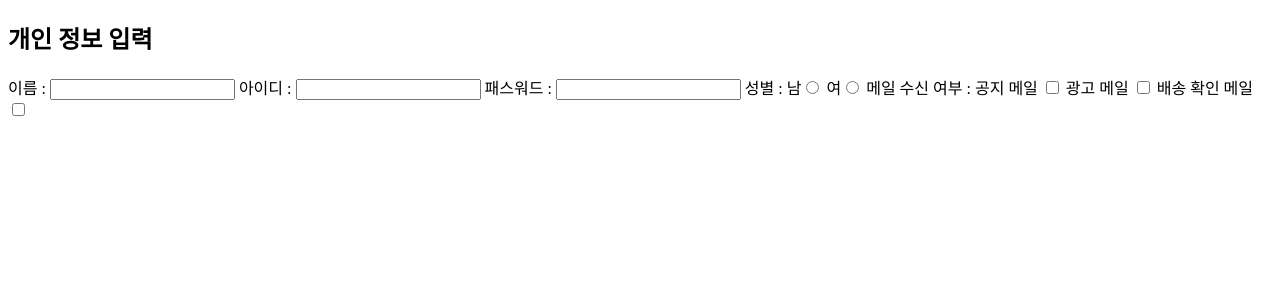
Repository: sunnny10/web-workspace
Page: Lecture-Web/src/main/webapp/HW/PInfoInput.html
An editor plug-in stored every save of this project. The page is shown before and after the next save, followed by the edit.
The browser window is 1280 px wide. The pictures show the whole page.

Above is the page before, as saved 2022-06-02 09:59:26.

### Lecture-Web/src/main/webapp/HW/PInfoInput.html
<!DOCTYPE html>
<html>
<head>
<meta charset="UTF-8">
<title>개인 정보 입력</title>
</head>
<body>
	<div>
		<h2>개인 정보 입력</h2>
		<form action="">
			이름 : <input type="text" name="name">
			아이디 : <input type="text" name="id">
			패스워드 : <input type="password" name="passwd">
			성별 :
			남<input type="radio" name="gender" value="male">
			여<input type="radio" name="gender" value="female">
			메일 수신 여부 :
			공지 메일 <input type="checkbox" name="receiveCk" value="notice">
			광고 메일 <input type="checkbox" name="receiveCk" value="advertise">
			배송 확인 메일 <input type="checkbox" name="receiveCk" value="delivery">

		</form>
	</div>
</body>
</html>

After the next save:
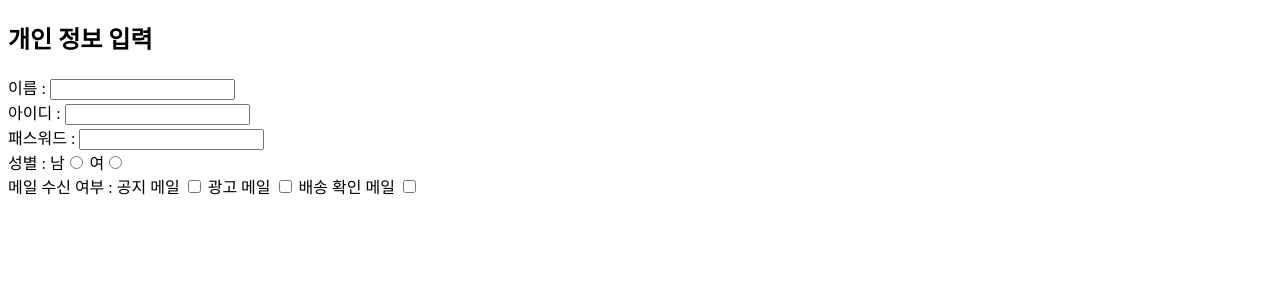
Saved 29 s later.
--- a/Lecture-Web/src/main/webapp/HW/PInfoInput.html
+++ b/Lecture-Web/src/main/webapp/HW/PInfoInput.html
@@ -8,12 +8,12 @@
 	<div>
 		<h2>개인 정보 입력</h2>
 		<form action="">
-			이름 : <input type="text" name="name">
-			아이디 : <input type="text" name="id">
-			패스워드 : <input type="password" name="passwd">
+			이름 : <input type="text" name="name"><br>
+			아이디 : <input type="text" name="id"><br>
+			패스워드 : <input type="password" name="passwd"><br>
 			성별 :
 			남<input type="radio" name="gender" value="male">
-			여<input type="radio" name="gender" value="female">
+			여<input type="radio" name="gender" value="female"><br>
 			메일 수신 여부 :
 			공지 메일 <input type="checkbox" name="receiveCk" value="notice">
 			광고 메일 <input type="checkbox" name="receiveCk" value="advertise">
